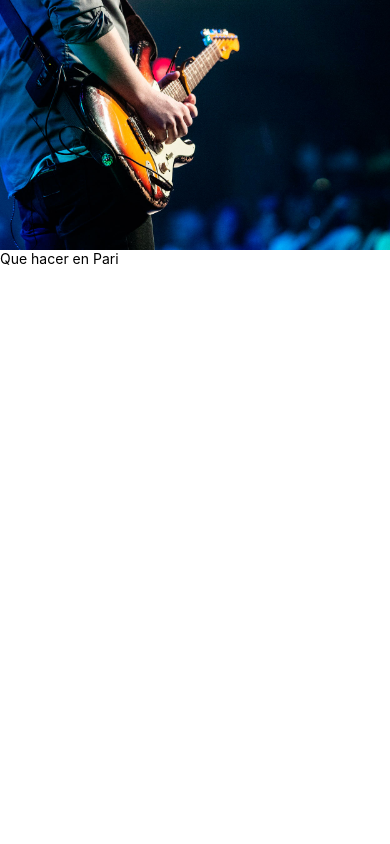
Repository: AleMicky/layout
Screen: /
The author's editor kept a copy of each file at every save. The screen is drawn from the files as they stood at one save, then again after the next save.
The app was drawn by React Native's web renderer in a window 390 px wide. The project was rebuilt for these pictures with package versions that can differ from the ones it lists, and the page was loaded fresh each time.

Above is the screen before, as saved 2020-06-27 16:13:55.

After the next save:
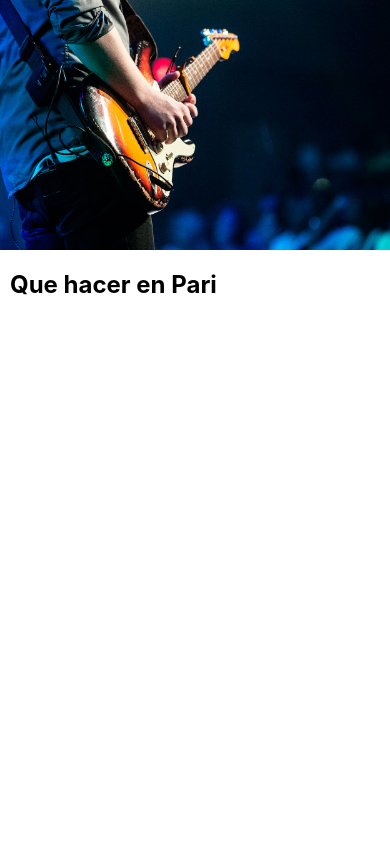
Saved 2 min 5 s later.
--- a/App.js
+++ b/App.js
@@ -9,8 +9,8 @@ const App = () => {
           <Image  style={styles.banner}
                   source={require('./assets/img/bg.jpg')} />
       </View>
-      <View>
-          <Text>Que hacer en Pari</Text>
+      <View style={styles.contenedor}>
+          <Text style={styles.titulo}>Que hacer en Pari</Text>
       </View>
     </>
   );
@@ -20,6 +20,14 @@ const styles = StyleSheet.create({
   banner:{
     height:250,
     flex:1
+  },
+  titulo:{
+    fontWeight:'bold',
+    fontSize:24,
+    marginVertical:20
+  },
+  contenedor:{
+    marginHorizontal: 10
   }
 });
 
